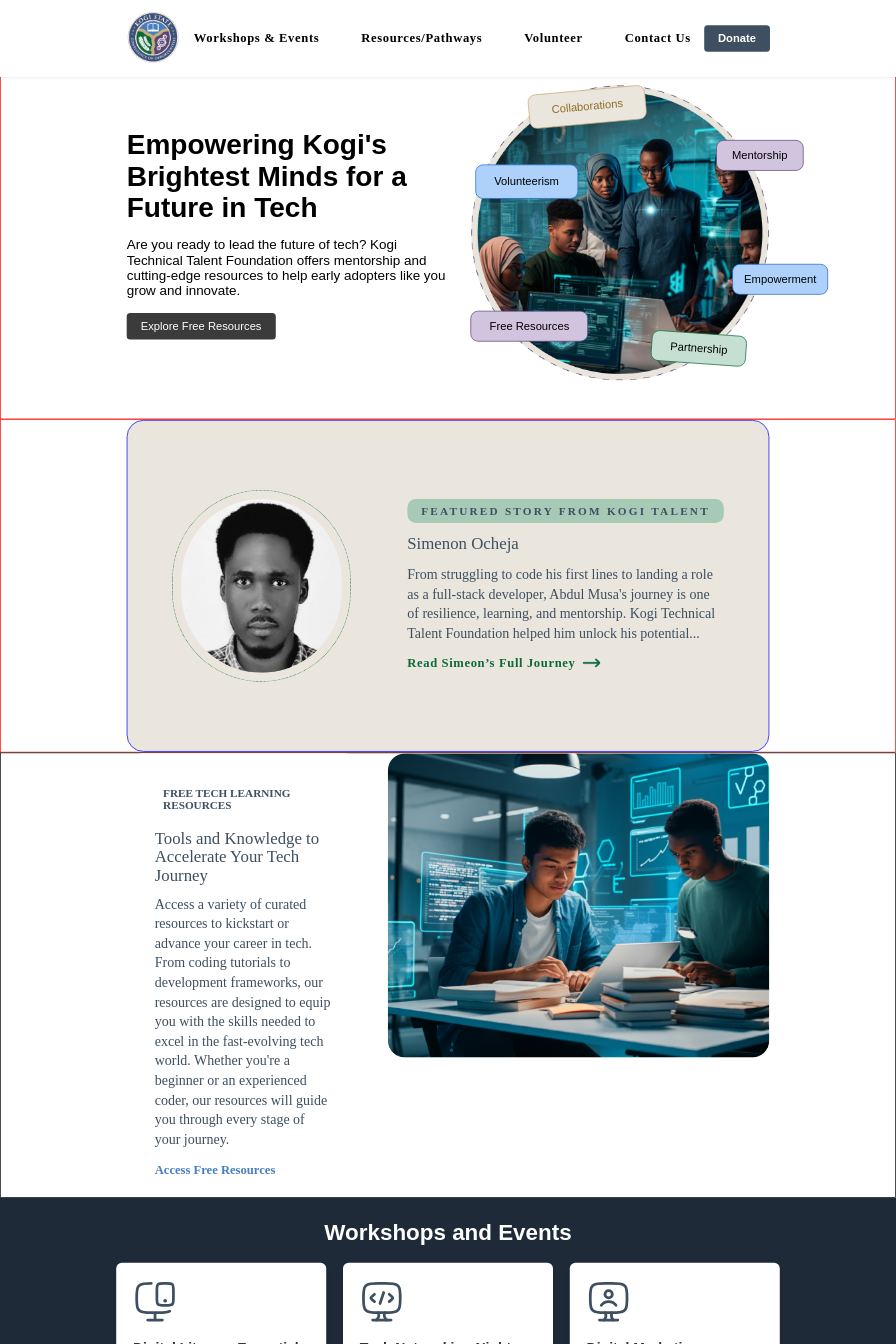
Repository: Cryptim/3MTT-Kogi-Foundation
Page: index.html
These files come from the project's save history. The page is drawn as it stood at one moment and after a run of saves; the edit follows.
The browser window is 1280 px wide. The pictures show the part of the page from y = 0 to 1920 px (the page is 7379 px tall), at 70% of full size.

Above is the page before, as saved 2024-11-15 02:36:40.

### index.html
<!DOCTYPE html>
<html lang="en">
  <head>
    <meta charset="UTF-8" />
    <meta name="viewport" content="width=device-width, initial-scale=1.0" />
    <title>Three Million Technical Talent Foundation</title>
    <link rel="stylesheet" href="stlyes/style.css" />
  </head>
  <body>
    <header class="header">
      <div class="logo">
        <img src="assets/images/logo.png" alt="Foundation Logo" />
      </div>
      <nav class="nav">
        <a href="#">Workshops & Events</a>
        <a href="#">Resources/Pathways</a>
        <a href="#">Volunteer</a>
        <a href="#">Contact Us</a>
      </nav>
      <div class="donate-button">
        <button>Donate</button>
      </div>
    </header>
    <!-- Hero sections -->
    <div class="padding hero-section">
      <div class="text-container">
        <h1>Empowering Kogi's Brightest Minds for a Future in Tech</h1>
        <p>
          Are you ready to lead the future of tech? Kogi Technical Talent
          Foundation offers mentorship and cutting-edge resources to help early
          adopters like you grow and innovate.
        </p>
        <div class="explore-button">
          <button>Explore Free Resources</button>
        </div>
      </div>
      <div class="image-container">
        <img
          src="assets/images/Frame 5.png"
          alt="Team working with technology"
        />
        <div class="tag tag-collaborations">Collaborations</div>
        <div class="tag tag-volunteerism">Volunteerism</div>
        <div class="tag tag-mentorship">Mentorship</div>
        <div class="tag tag-empowerment">Empowerment</div>
        <div class="tag tag-free-resources">Free Resources</div>
        <div class="tag tag-partnership">Partnership</div>
      </div>
    </div>
    <!-- Featured Story Section -->
    <div class="padding featuredStoryContainer">
      <div class="featuredStory"
      >
        <div  class="featuredStoryDottedImageLine"
        >
          <img class="featuredStoryImage"
            src="assets/images/Simeon ocheja 1.png"
            alt="Simenon Ocheja"
          />
        </div>
        <div
          style="width: 589px; display: flex; flex-direction: column; gap: 16px"
        >
          <div class="featuredStoryTextContainer"

          >
            <span class="featuredStoryText"

              >Featured Story from Kogi talent</span
            >
          </div>
          <h2 class="featuredStoryName"
          >
            Simenon Ocheja
          </h2>
          <p class="featuredStoryParagraph"
          >
            From struggling to code his first lines to landing a role as a
            full-stack developer, Abdul Musa's journey is one of resilience,
            learning, and mentorship. Kogi Technical Talent Foundation helped
            him unlock his potential...
          </p>
          <div  class="featuredStoryMore">
            <span class="morefeatured"
              >Read Simeon’s Full Journey</span
            >
        <img src="./assets/images/icons/arrow-right-02.png" alt="arrow-right-02">
            </div>
          </div>
        </div>
      </div>
    </div>
    <!-- Free Tech Learning Resources Section -->
    <div  class="freeTechSection"  style="display: flex; gap: 40px ;border: 1px solid black; padding: 0 180px;height: 636px;">
      <div
        style="flex: 1; padding: 40px; background: #fff; border-radius: 24px;width: 568px;height: 436px;"
      >
        <div
          style="
            padding: 8px 12px;
            background:background: #ADD1FB;
            border-radius: 12px;
            display: inline-block;
          "
        >
          <span
            style="
              color: #3d4f60;
              font-size: 16px;
              font-family: Cascadia Code;
              font-weight: 600;
              text-transform: uppercase;
            "
            >Free Tech Learning Resources</span
          >
        </div>
        <h3
          style="
            color: #3d4f60;
            font-size: 24px;
            font-family: Cascadia Code;
            font-weight: 400;
            margin-top: 16px;
          "
        >
          Tools and Knowledge to Accelerate Your Tech Journey
        </h3>
        <p
          style="
            color: #3d4f60;
            font-size: 20px;
            font-family: Cascadia Code;
            font-weight: 300;
            line-height: 1.4;
            margin-top: 12px;
          "
        >
          Access a variety of curated resources to kickstart or advance your
          career in tech. From coding tutorials to development frameworks, our
          resources are designed to equip you with the skills needed to excel in
          the fast-evolving tech world. Whether you're a beginner or an
          experienced coder, our resources will guide you through every stage of
          your journey.
        </p>
        <a
          href="#"
          style="
            color:#477EBF;
            font-size: 18px;
            font-family: Cascadia Code;
            font-weight: 700;
            display: inline-block;
            margin-top: 20px;
            text-decoration: none;
          "
          >Access Free Resources</a
        >
      </div>
      <div style="flex: 1">
        <img
          style="width: 545px;height: 435px; border-radius: 24px"
          src="assets/images/Resources image 1.png"
          alt="Tech Journey"
        />
      </div>
    </div>
    <!-- workshop section -->
    <section class="workshops-section">
      <h2>Workshops and Events</h2>
      <div class="workshops-container">
        <div class="workshop-card">
          <div class="icon">
            <img
              src="assets/images/computer-phone-sync.svg"
              alt="Digital Literacy Icon"
            />
          </div>
          <h3>Digital Literacy Essentials</h3>
          <p>
            This foundational workshop is designed to equip participants with
            the essential skills needed to navigate the digital world
            confidently.
          </p>
          <button>Start Learning</button>
        </div>
        <div class="workshop-card">
          <div class="icon">
            <img
              src="assets/images/computer-programming-01.svg"
              alt="Networking Icon"
            />
          </div>
          <h3>Tech Networking Night</h3>
          <p>
            Expand your professional network at our Tech Networking Night! Meet
            industry leaders, fellow tech enthusiasts, and potential mentors in
            an informal setting.
          </p>
          <button>Save Your Spot</button>
        </div>
        <div class="workshop-card">
          <div class="icon">
            <img
              src="assets/images/computer-video-call.svg"
              alt="Marketing Icon"
            />
          </div>
          <h3>Digital Marketing Masterclass</h3>
          <p>
            This workshop covers SEO, social media strategies, and content
            creation techniques to help participants promote their skills and
            projects online.
          </p>
          <button>Join the Masterclass</button>
        </div>
      </div>
    </section>
    <!--  Event section-->
    <section class="events-section">
      <h2>Upcoming Events</h2>
      <div class="events-container">
        <div class="event-card">
          <img
            src="assets/images/cloud-african 1.png"
            alt="Cloud Computing Workshop"
          />
          <h3>Getting Started with Cloud Computing: A Beginner's Guide</h3>
          <p>
            This introductory workshop will guide you through the fundamentals
            of cloud computing.
          </p>
          <div class="event-info">
            <span class="event-date"
              ><img
                src="assets/images/calendar-01.svg"
                alt="Calendar Icon"
                class="icon"
              />
              December 5, 2024</span
            >
            <span class="event-time"
              ><img
                src="assets/images/alarm-clock.svg"
                alt="Clock Icon"
                class="icon"
              />
              10:00 AM - 12:00 PM</span
            >
          </div>
        </div>
        <div class="event-card">
          <img
            src="assets/images/digital marketing.png"
            alt="Social Media for Entrepreneurs"
          />
          <h3>Mastering Social Media for Digital Entrepreneurs</h3>
          <p>
            Discover content creation strategies, audience engagement
            techniques, and more.
          </p>
          <div class="event-info">
            <span class="event-date"
              ><img
                src="assets/images/calendar-01.svg"
                alt="Calendar Icon"
                class="icon"
              />
              December 5, 2024</span
            >
            <span class="event-time"
              ><img
                src="assets/images/alarm-clock.svg"
                alt="Clock Icon"
                class="icon"
              />
              10:00 AM - 12:00 PM</span
            >
          </div>
        </div>
        <div class="event-card">
          <img
            src="assets/images/python.png"
            alt="Python Programming Workshop"
          />
          <h3>Intro to Python Programming: Building Your First App</h3>
          <p>
            This online workshop is perfect for beginners looking to learn
            Python programming.
          </p>
          <div class="event-info">
            <span class="event-date"
              ><img
                src="assets/images/calendar-01.svg"
                alt="Calendar Icon"
                class="icon"
              />
              December 5, 2024</span
            >
            <span class="event-time"
              ><img
                src="assets/images/alarm-clock.svg"
                alt="Clock Icon"
                class="icon"
              />
              10:00 AM - 12:00 PM</span
            >
          </div>
        </div>
      </div>
    </section>
    <!-- Mentor section -->
    <section class="mentors-section">
      <h2>Meet Our Mentors and Contributors</h2>
      <p>
        Meet Our MAt the heart of the Kogi Technical Talent Foundation is a
        dedicated team of mentors and contributors who are passionate about
        sharing their knowledge and expertise. Our mentors come from diverse
        backgrounds in technology, entrepreneurship, and innovation, providing
        invaluable guidance to help you navigate your career journey. Whether
        you're looking to enhance your coding skills, explore new fields like
        digital marketing, or get advice on launching your own tech startup, our
        mentors are here to support you.
      </p>
      <a href="#" class="explore-link">Explore Our Mentor’s Profile →</a>
      <div class="mentors-container">
        <div class="mentor-card">
          <img src="assets/images/Frame 19.png" alt="Omachoko Arome" />
          <h3>Omachoko Arome</h3>
        </div>
        <div class="mentor-card">
          <img src="assets/images/Frame 20.png" alt="Marian Musa" />
          <h3>Marian Musa</h3>
        </div>
        <div class="mentor-card">
          <img src="assets/images/Frame 21.png" alt="Ismaila Omeiza" />
          <h3>Ismaila Omeiza</h3>
        </div>
        <div class="mentor-card">
          <img src="assets/images/Frame 22.png" alt="Timothy Ignatius" />
          <h3>Timothy Ignatius</h3>
        </div>
      </div>
    </section>
    <!-- Footer -->
    <section>
      <div class="Partners">
        <div class="OurPartners">Our Partners</div>
        <div class="Frame23">
          <div class="NitdaLogo">
            <img
              class="NitdaLogoNewest1RemovebgPreview"
              style="width: 232.86px; height: 113.82px"
              src="https://via.placeholder.com/233x114"
            />
          </div>
          <div class="NitdaLogo">
            <img
              class="MttRemovebgPreview"
              style="width: 232.86px; height: 113.82px"
              src="https://via.placeholder.com/233x114"
            />
          </div>
          <div class="NitdaLogo">
            <img
              class="KogiLogo"
              style="width: 232.86px; height: 113.82px"
              src="https://via.placeholder.com/233x114"
            />
          </div>
          <div class="NitdaLogo">
            <img
              class="MistLogoRemovebgPreview"
              style="width: 232.86px; height: 113.82px"
              src="https://via.placeholder.com/233x114"
            />
          </div>
        </div>
      </div>

      <div class="Footer">
        <div class="Frame24">
          <img class="KogiLogo1" src="https://via.placeholder.com/78x78" />
          <div class="EmpoweringKogiSBrightestMindsForAFutureInTech">
            Empowering Kogi's Brightest Minds for a Future in Tech
          </div>
        </div>

        <div class="NavigataionMenu">
          <div class="Workshops">
            <div class="QuickLinks">Quick Links</div>
          </div>
          <div class="Workshops">
            <div class="WorkshopsEvents">Workshops & Events</div>
          </div>
          <div class="Resources">
            <div class="ResourcesPathways">Resources/Pathways</div>
          </div>
          <div class="Volunteer">
            <div>Volunteer</div>
          </div>
          <div class="ContactUs">
            <div>Contact Us</div>
          </div>
        </div>

        <div class="Frame25">
          <div class="Donate">
            <div>Donate Now</div>
          </div>
          <div class="ContactUs">
            <div class="ConnectWithUs">Connect with Us</div>
          </div>
          <div class="Frame26">
            <div class="Facebook02">
              <div class="Vector"></div>
            </div>
            <div class="NewTwitter">
              <div class="Vector"></div>
            </div>
            <div class="Linkedin02">
              <div class="Vector"></div>
              <div class="Vector"></div>
              <div class="Vector"></div>
            </div>
            <div class="Instagram">
              <div class="Vector"></div>
              <div class="Vector"></div>
              <div class="Vector"></div>
            </div>
          </div>
        </div>
      </div>

      <div class="Frame27">
        <div
          class="AllRightsReserved3mttFellowBiweeklyBuildWithAFellowChallenge2024"
        >
          All rights reserved 3MTT Fellow Biweekly Build With a Fellow Challenge
          ©2024
        </div>
      </div>
    </section>
  </body>
</html>

Loaded but not shown: stlyes/style.css (819 lines, source omitted)

After the next 2 saves:
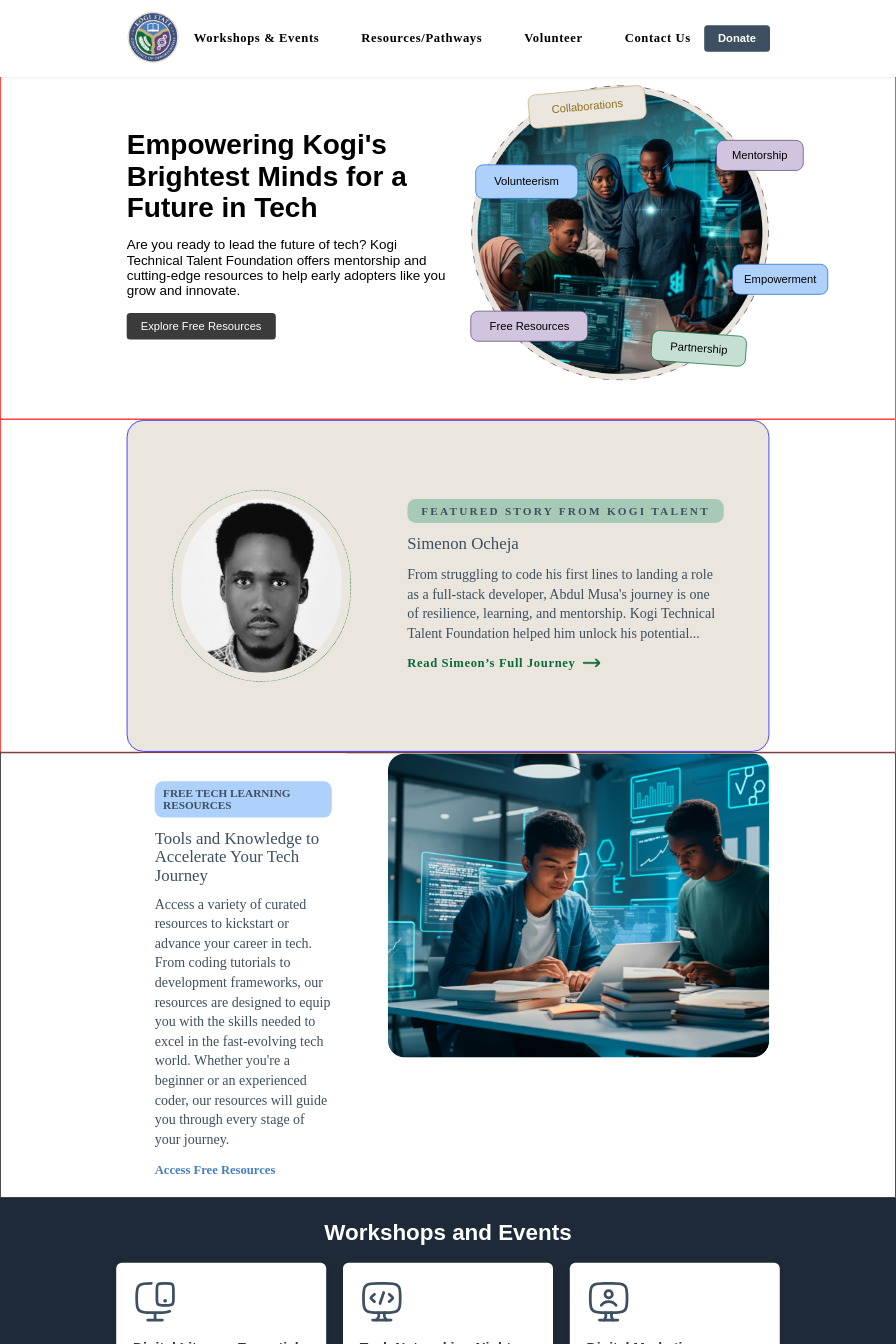
The 2 saves are shown as one change because they came seconds apart.
The last was saved 7 s later.
--- a/index.html
+++ b/index.html
@@ -98,7 +98,7 @@
         <div
           style="
             padding: 8px 12px;
-            background:background: #ADD1FB;
+            background:#ADD1FB;
             border-radius: 12px;
             display: inline-block;
           "
